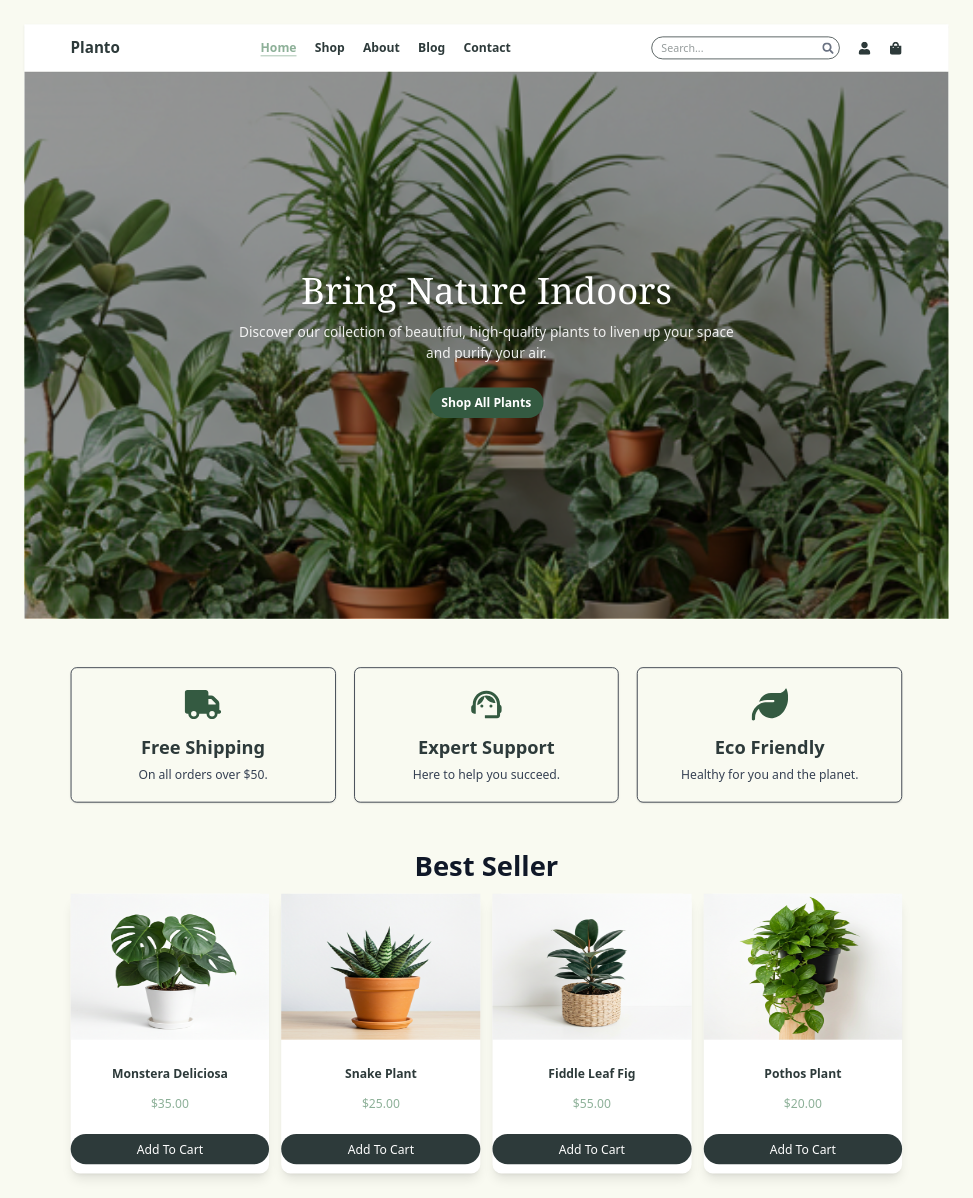
Repository: mazenessam99/Planto
Page: /
An editor plug-in stored every save of this project. The page is shown before and after the next save, followed by the edit.
The browser window is 1280 px wide. The pictures show the whole page, at 76% of full size.
The project was rebuilt for these pictures with package versions that can differ from the ones it lists, and the page was loaded fresh each time. Also part of the build but not shown: vite.config.js.

Above is the page before, as saved 2025-11-22 23:08:57.

### index.html
<!doctype html>
<html lang="en">
  <head>
    <meta charset="UTF-8" />
    <link rel="icon" type="image/svg+xml" href="/vite.svg" />
    <meta name="viewport" content="width=device-width, initial-scale=1.0" />
    <title>plants_website</title>
  </head>
  <body>
    <div id="root"></div>
    <script type="module" src="/src/main.jsx"></script>
  </body>
</html>

### src/index.css
@import "tailwindcss";
@import "tailwindcss/theme" layer(theme);
@theme {
  --color-primary: #2D3A3A;
  --color-forest:#386641;
  --color-green:#345A41;
  --color-secondary: #8DB098;
  --color-Terracotta: #C27357;
  --color-sky:#B0D0D3;
  --font-cairo: "Cairo", sans-serif;
  --spacing-128: 32rem;
}

/* ----- BASE ----- */
@layer base {
  body {
    @apply  bg-[#F9FAF1] text-gray-900;
  }
}

/* ----- COMPONENTS ----- */
@layer components {
  .btn {
    @apply bg-primary text-white px-4 py-2 rounded-full cursor-pointer ;
  }
  .btn-green{
    @apply bg-green ;
  }

  .card {
    @apply bg-white p-6 rounded-xl shadow;
  }

}
/* Scrollbar width */
::-webkit-scrollbar {
  width: 8px;
}

/* Scrollbar track  */
::-webkit-scrollbar-track {
  background: #2D3A3A;
  border-radius: 8px;
}

/* Scrollbar thumb  */
::-webkit-scrollbar-thumb {
  background-color: #8DB098;
  border-radius: 8px;
}

::-webkit-scrollbar-thumb:hover {
  background-color: #789983;
}

.container{
  width:90%;
  margin:0 auto;
}

### src/App.jsx

import './App.css'
import Button from './components/ui/Button'
import Home from './pages/Home'

function App() {


  return (
    <>
      <Home/>


    </>
  )
}

export default App

### src/components/ui/Button.jsx
const Button = ({ children, className = "",variant="", ...props }) => {
    return (
        <button className={`btn btn-${variant} ${className}`} {...props}>
            {children}
        </button>
    )
}

export default Button

### src/pages/Home.jsx
import BestSeller from '../components/layout/BestSeller'
import DeliveryCard from '../components/layout/DeliveryCard'
import Hero from '../components/layout/Hero'
import Navbar from '../components/layout/Navbar'

const Home = () => {
  return (
    <div>
        <Navbar/>
        <Hero/>
        <DeliveryCard/>
        <BestSeller/>
    </div>
  )
}

export default Home

### src/components/layout/BestSeller.jsx
import React from 'react'
import { BESTSELLER_CARDS } from '../../utils/constants';
import ProductCard from '../ui/ProductCard';

const BestSeller = () => {
  return (
    <section className='container'>
        <h2 className="text-4xl text-center font-bold mb-4">Best Seller</h2>
        <div className='grid grid-cols-1 sm:grid-cols-2 lg:grid-cols-4 gap-4'>
            {BESTSELLER_CARDS.map((card,index)=>(
                <ProductCard src={card.src} title={card.title} price={card.price}/>
        ))}
        </div>

    </section>
  )
}

export default BestSeller;

### src/components/layout/DeliveryCard.jsx
import { motion } from "framer-motion";
import { DELIVERY_CARDS } from "../../utils/constants";
import { FaTruck, FaLeaf } from "react-icons/fa6";
import { MdSupportAgent } from "react-icons/md";

const icons = {
  truck: <FaTruck />,
  support: <MdSupportAgent />,
  leaf: <FaLeaf />,
};

const DeliveryCards = () => {
  return (
    <section className="container py-16">
      <div className="grid grid-cols-1 sm:grid-cols-2 lg:grid-cols-3 gap-6">
        {DELIVERY_CARDS.map((card, index) => (
          <div key={card.id} className="flex flex-col items-center justify-center text-center p-6 border rounded-lg shadow hover:shadow-lg  transition">
            <div className="text-5xl text-green">
              {icons[card.icon]}
            </div>
            <h3 className="mt-4 mb-2 font-bold text-xl md:text-2xl text-primary">{card.title}</h3>
            <p className="text-gray-700 ">{card.desc}</p>
          </div>
        ))}

      </div>
    </section>
  );
};

export default DeliveryCards;

### src/components/layout/Hero.jsx
import { motion } from "framer-motion";
import HeroImg from "../../assets/images/Hero.png";
import Button from "../ui/Button";

const Hero = () => {
  return (
    <section
      className="relative h-screen overflow-hidden"
    >

      <motion.div
        className="absolute inset-0 bg-cover bg-center"
        style={{ backgroundImage: `url(${HeroImg})` }}
        animate={{ scale: [1, 1.05, 1] }}
        transition={{ duration: 10, repeat: Infinity, ease: "easeInOut" }}
      />

      {/* Overlay */}
      <div className="absolute inset-0 bg-black/40"></div>

      <div className="relative z-10 flex flex-col items-center justify-center h-full px-4 md:px-0 space-y-4 text-center">
        <motion.h1
          initial={{ y: -20, opacity: 0 }}
          animate={{ y: 0, opacity: 1 }}
          transition={{ duration: 0.8 }}
          className="text-white text-2xl md:text-4xl lg:text-5xl font-serif"
        >
          Bring Nature Indoors
        </motion.h1>

        <motion.h2
          initial={{ y: 20, opacity: 0 }}
          animate={{ y: 0, opacity: 1 }}
          transition={{ duration: 0.8, delay: 0.3 }}
          className="text-white/90 text-sm md:text-base lg:text-lg max-w-2xl font-normal"
        >
          Discover our collection of beautiful, high-quality plants to liven up your space and purify your air.
        </motion.h2>

        <motion.div
          initial={{ scale: 0.8, opacity: 0 }}
          animate={{ scale: 1, opacity: 1 }}
          transition={{ duration: 0.5, delay: 0.6 }}
        >
          <Button className="btn-green font-bold mt-4">Shop All Plants</Button>
        </motion.div>
      </div>
    </section>
  );
};

export default Hero;

### src/components/layout/Navbar.jsx
import { useState } from "react";
import { NavLink } from "react-router-dom";
import { NAVBAR_LINKS } from "../../utils/constants";
import { FaBars, FaSearch, FaUser, FaShoppingBag } from "react-icons/fa";
import { IoClose } from "react-icons/io5";
import { motion, AnimatePresence } from "framer-motion";

const Navbar = () => {
    const [menuOpen, setMenuOpen] = useState(false);

    return (
        <nav className="bg-white shadow sticky top-0 z-50 ">
            <div className="container flex justify-between items-center py-4">
                {/* Logo */}
                <a href="/" className="text-primary text-xl font-bold">Planto</a>

                {/* Desktop Links */}
                <ul className="hidden md:flex gap-6 items-center">
                    {NAVBAR_LINKS.map((link) => (
                        <li key={link.id}>
                            <NavLink
                                to={link.path}
                                className={({ isActive }) =>
                                    `text-primary font-semibold transition hover:text-secondary
                                ${isActive ? "text-secondary underline underline-offset-4" : ""}`
                                }
                            >
                                {link.label}
                            </NavLink>
                        </li>
                    ))}
                </ul>

                {/* Desktop Icons + Search */}
                <div className="hidden md:flex gap-6 items-center text-primary">
                    {/* Search input */}
                    <div className="relative">
                        <input
                            type="text"
                            placeholder="Search..."
                            className="border rounded-full pl-3 pr-8 py-1 text-sm focus:outline-none focus:ring-2 focus:ring-secondary"
                        />
                        <FaSearch size={15} className="absolute right-2 top-2 text-gray-500" />
                    </div>

                    <FaUser size={17} className="cursor-pointer hover:text-secondary" />
                    <FaShoppingBag size={17} className="cursor-pointer hover:text-secondary" />
                </div>

                {/* Mobile menu button */}
                <button
                    className="md:hidden text-primary"
                    onClick={() => setMenuOpen(true)}
                    aria-label="Open menu"
                    aria-expanded={menuOpen}
                >
                    <FaBars size={22} />
                </button>
            </div>

            {/* Mobile overlay + drawer (AnimatePresence for exit animation) */}
            <AnimatePresence>
                {menuOpen && (
                    <motion.div
                        className="md:hidden fixed inset-0 z-40"
                        initial={{ opacity: 0 }}
                        animate={{ opacity: 1 }}
                        exit={{ opacity: 0 }}
                        onClick={() => setMenuOpen(false)}
                    >
                        {/* Drawer */}
                        <motion.div
                            className="bg-white w-72 h-full shadow-lg p-6"
                            initial={{ x: "-100%" }}
                            animate={{ x: 0 }}
                            exit={{ x: "-100%" }}
                            transition={{ type: "linear", duration: 0.4 }}
                            onClick={(e) => e.stopPropagation()}
                        >
                            {/* Close */}
                            <div className="flex justify-between items-center mb-6">
                                <a href="/" className="text-lg font-bold text-primary">Planto</a>
                                <button onClick={() => setMenuOpen(false)} aria-label="Close menu">
                                    <IoClose size={26} className="text-primary" />
                                </button>
                            </div>

                            {/* Mobile Search */}
                            <div className="mb-4">
                                <div className="relative">
                                    <input
                                        type="text"
                                        placeholder="Search..."
                                        className="w-full border rounded-full pl-3 pr-8 py-2 text-sm focus:outline-none focus:ring-2 focus:ring-secondary"
                                    />
                                    <FaSearch size={15} className="absolute right-3 top-3 text-gray-500" />
                                </div>
                            </div>

                            {/* Links */}
                            <ul className="flex flex-col gap-4 text-primary font-semibold">
                                {NAVBAR_LINKS.map((link) => (
                                    <li key={link.id}>
                                        <NavLink
                                            to={link.path}
                                            onClick={() => setMenuOpen(false)}
                                            className={({ isActive }) =>
                                                `block py-2 ${isActive ? "text-secondary" : ""}`
                                            }
                                        >
                                            {link.label}
                                        </NavLink>
                                    </li>
                                ))}
                            </ul>

                            {/* Icons */}
                            <div className="flex gap-4 mt-6 text-primary">
                                <FaUser size={18} />
                                <FaShoppingBag size={18} />
                            </div>
                        </motion.div>
                    </motion.div>
                )}
            </AnimatePresence>
        </nav>
    );
};

export default Navbar;

### src/utils/constants.js
import img1 from "../../src/assets/images/Featured_1.png";
import img2 from "../../src/assets/images/Featured_2.png";
import img3 from "../../src/assets/images/Featured_3.png";
import img4 from "../../src/assets/images/Featured_4.png";
// Navbar_Links
export const NAVBAR_LINKS = [
    { id: 1, label: 'Home', path: '/' },
    { id: 2, label: 'Shop', path: '/shop' },
    { id: 3, label: 'About', path: '/about' },
    { id: 4, label: 'Blog', path: '/blog' },
    { id: 5, label: 'Contact', path: '/contact' },
];

// Delivery_Cards
export const DELIVERY_CARDS = [
    { id: 1, icon: "truck", title: "Free Shipping", desc: "On all orders over $50." },
    { id: 2, icon: "support", title: "Expert Support", desc: "Here to help you succeed." },
    { id: 3, icon: "leaf", title: "Eco Friendly", desc: "Healthy for you and the planet." },
];

// BESTSELLER_CARDS
export const BESTSELLER_CARDS=[
    {id:1,src:img1,title:'Monstera Deliciosa',price:'$35.00'},
    {id:2,src:img2,title:'Snake Plant',price:'$25.00'},
    {id:3,src:img3,title:'Fiddle Leaf Fig',price:'$55.00'},
    {id:4,src:img4,title:'Pothos Plant',price:'$20.00'}
]

### src/components/ui/ProductCard.jsx
import Button from "./Button";

const ProductCard = ({src,title,price,showButton=true,buttonText='Add To Cart'}) => {
  return (
    <div className="bg-white rounded-xl shadow-lg flex flex-col  space-y-4">
      <div className="w-full h-48 ">
        <img src={src} className="w-full h-full"/>
      </div>
      <h3 className="mt-4 font-bold text-primary">{title}</h3>
      <p className=" text-secondary">{price}</p>
      {showButton&&(
        <Button className="my-3 ">
          {buttonText}
        </Button>
      )}

    </div>
  )
}

export default ProductCard;

Loaded but not shown: src/main.jsx (common file); src/App.css (common file)

After the next save:
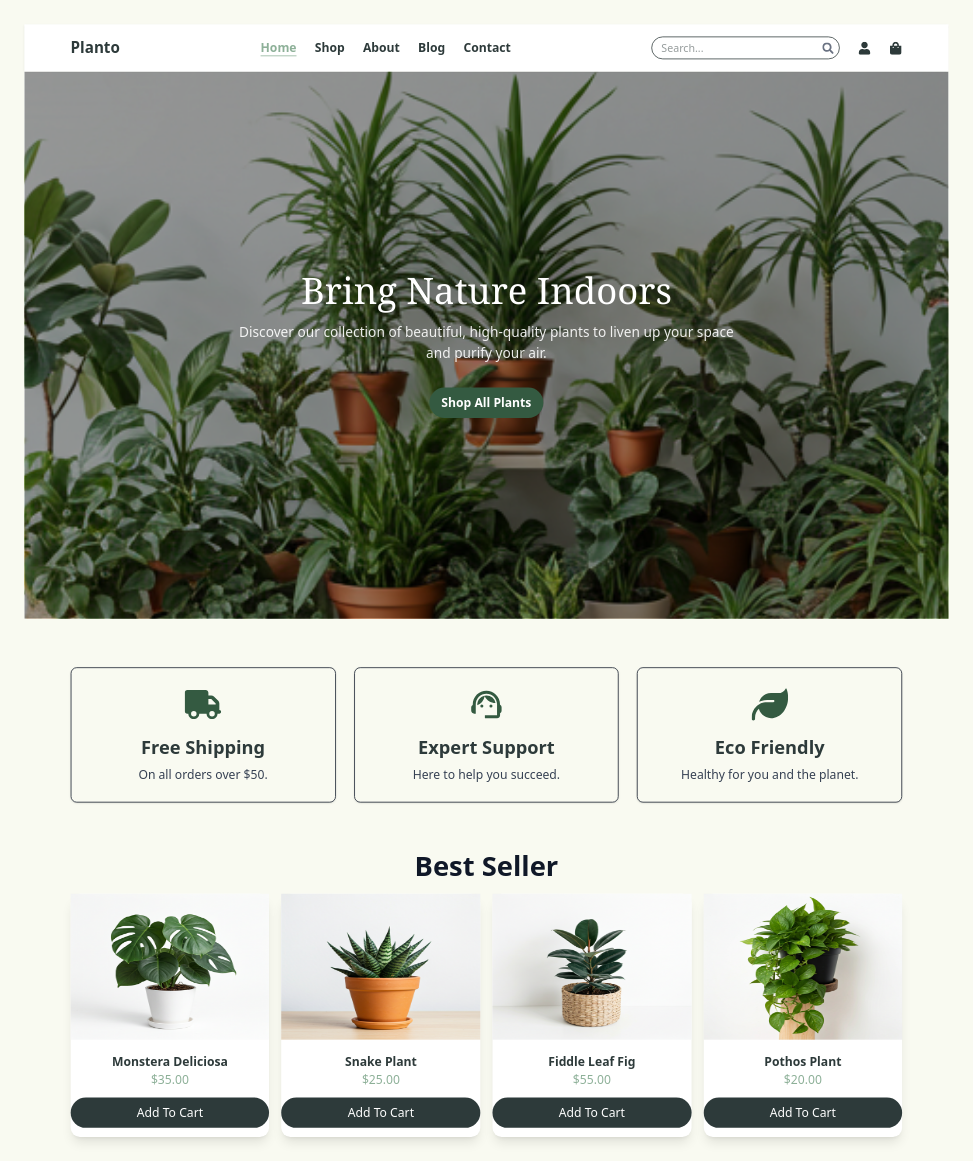
Saved 12 s later.
--- a/src/components/ui/ProductCard.jsx
+++ b/src/components/ui/ProductCard.jsx
@@ -2,7 +2,7 @@ import Button from "./Button";
 
 const ProductCard = ({src,title,price,showButton=true,buttonText='Add To Cart'}) => {
   return (
-    <div className="bg-white rounded-xl shadow-lg flex flex-col  space-y-4">
+    <div className="bg-white rounded-xl shadow-lg flex flex-col">
       <div className="w-full h-48 ">
         <img src={src} className="w-full h-full"/>
       </div>
